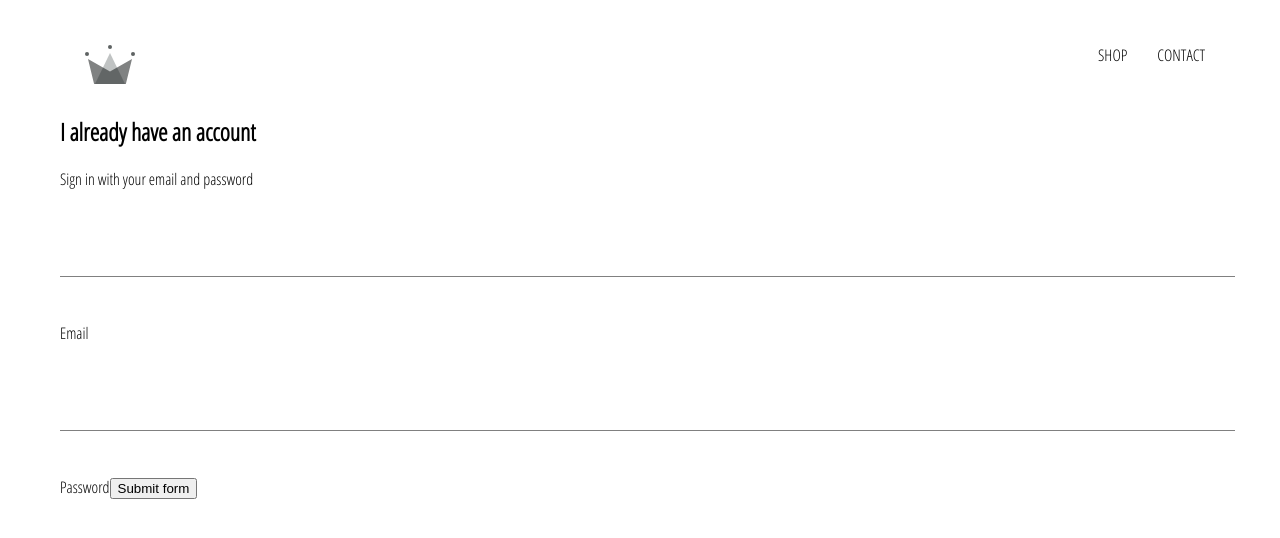
Repository: tommilaurila/crwn-clothing
Page: /signin
The author's editor kept a copy of each file at every save. The page is drawn from the files as they stood at one save, then again after the next save.
The browser window is 1280 px wide. The pictures show the whole page.
The project was rebuilt for these pictures with package versions that can differ from the ones it lists, and the page was loaded fresh each time. Also part of the build but not shown: src/pages/shop/shop.data.js, src/components/collection-item/collection-item.styles.scss, src/components/collection-item/collection-item.component.jsx, src/components/collection-preview/collection-preview.styles.scss, src/components/collection-preview/collection-preview.component.jsx, src/pages/shop/shop.component.jsx, src/components/sign-in/sign-in.styles.scss, src/pages/sign-in-and-sign-up/sign-in-and-sign-up.styles.scss. Imported but missing from the stored project, and not drawn on this page: src/pages/homepage/homepage.component.

Above is the page before, as saved 2019-12-04 22:40:19.

### src/index.js
import React from 'react';
import ReactDOM from 'react-dom';
import { BrowserRouter } from 'react-router-dom';
import './index.css';
import App from './App';


ReactDOM.render(
<BrowserRouter>
    <App />
</BrowserRouter>,
document.getElementById('root')
);

### src/App.js
import React from 'react';
import { Switch, Route } from 'react-router-dom';
import './App.css';

import HomePage from './pages/homepage/homepage.component';
import ShopPage from './pages/shop/shop.component';
import SignInAndSignUpPage from './pages/sign-in-and-sign-up/sign-in-and-sign-up.component';
import Header from './components/header/header.component';

function App() {
  return (
    <div>
      <Header />
      <Switch>
        <Route exact path='/' component={HomePage} />
        <Route path='/shop' component={ShopPage} />
        <Route path='/signin' component={SignInAndSignUpPage} />
      </Switch>
    </div>
  );
}

export default App;

### src/App.css
body {
    font-family: 'Open Sans Condensed';
    padding: 20px 60px;
}

a {
    text-decoration: none;
    color: black;
}

### src/components/header/header.component.jsx
import React from 'react';
import { Link } from 'react-router-dom';

import { ReactComponent as Logo } from '../../assets/crown.svg';

import './header.styles.scss';

const Header = () => (
    <div className='header'>
        <Link className='logo-container' to="/">
            <Logo className='logo' />
        </Link>
        <div className='options'>
            <Link className='option' to='/shop'>SHOP</Link>
            <Link className='option' to='/shop'>CONTACT</Link>
        </div>
    </div>
);

export default Header;

### src/components/sign-in/sign-in.component.jsx
import React from 'react';

import FormInput from '../form-input/form-input.component';

import './sign-in.styles.scss';

class SignIn extends React.Component{
    constructor(props) {
        super(props);

        this.state = {
            email: '',
            password: ''
        }
    }

    handleSubmit = event => {
        event.preventDefault();

        this.setState({ email: '', password: ''});
    }

    handleChange = event => {
        const { value, name } = event.target;

        this.setState({ [name]: value })
    }

    render() {
        return(
            <div className='sign-in'>
                <h2>I already have an account</h2>
                <span>Sign in with your email and password</span>

                <form onSubmit={this.handleSubmit}>
                    <FormInput name="email" type="email" handleChange={this.handleChange} value={this.state.email} required />
                    <label>Email</label>

                    <FormInput
                        name="password"
                        type="password"
                        value={this.state.password}
                        handleChange={this.handleChange}
                        required
                    />
                    <label>Password</label>

                    <input type="submit" value="Submit form" />
                </form>
            </div>
        )
    }
}

export default SignIn;

### src/components/form-input/form-input.component.jsx
import React from 'react';

import './form-input.styles.scss';

const FormInput = ({ handleChange, label, ...otherProps}) => (
    <div className='group'>
        <input className='form-input' onChange={handleChange} {...otherProps} />
        {
            label ?
            <label
                className={`${
                    otherProps.value.length ? 'shrink' : ''
                } form-input-label`}
            >
                {label}
            </label>
            : null
        }
    </div>
);

export default FormInput;

### src/components/form-input/form-input.styles.scss
$sub-color: grey;
$main-color: black;

@mixin shrinkLabel {
  top: -14px;
  font-size: 12px;
  color: $main-color;
}

.group {
  position: relative;
  margin: 45px 0;

  .form-input {
    background: none;
    background-color: white;
    color: $sub-color;
    font-size: 18px;
    padding: 10px 10px 10px 5px;
    display: block;
    width: 100%;
    border: none;
    border-radius: 0;
    border-bottom: 1px solid $sub-color;
    margin: 25px 0;

    &:focus {
      outline: none;
    }

    &:focus ~ .form-input-label {
      @include shrinkLabel();
    }
  }

  input[type='password'] {
    letter-spacing: 0.3em;
  }

  .form-input-label {
    color: $sub-color;
    font-size: 16px;
    font-weight: normal;
    position: absolute;
    pointer-events: none;
    left: 5px;
    top: 10px;
    transition: 300ms ease all;

    &.shrink {
      @include shrinkLabel();
    }
  }
}

Loaded but not shown: public/index.html (common file); src/index.css (common file); src/pages/sign-in-and-sign-up/sign-in-and-sign-up.component.jsx (common file); src/components/header/header.styles.scss (common file)

After the next save:
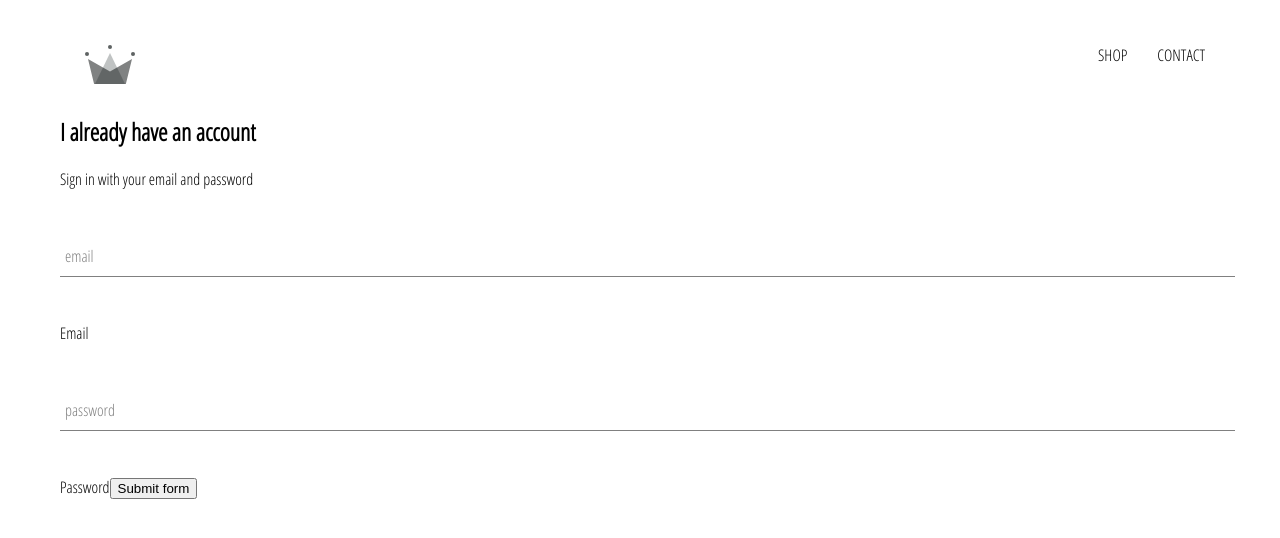
Saved 102 s later.
--- a/src/components/sign-in/sign-in.component.jsx
+++ b/src/components/sign-in/sign-in.component.jsx
@@ -33,7 +33,14 @@ class SignIn extends React.Component{
                 <span>Sign in with your email and password</span>
 
                 <form onSubmit={this.handleSubmit}>
-                    <FormInput name="email" type="email" handleChange={this.handleChange} value={this.state.email} required />
+                    <FormInput
+                        name="email"
+                        type="email"
+                        handleChange={this.handleChange}
+                        value={this.state.email}
+                        label="email"
+                        required
+                    />
                     <label>Email</label>
 
                     <FormInput
@@ -41,6 +48,7 @@ class SignIn extends React.Component{
                         type="password"
                         value={this.state.password}
                         handleChange={this.handleChange}
+                        label="password"
                         required
                     />
                     <label>Password</label>
